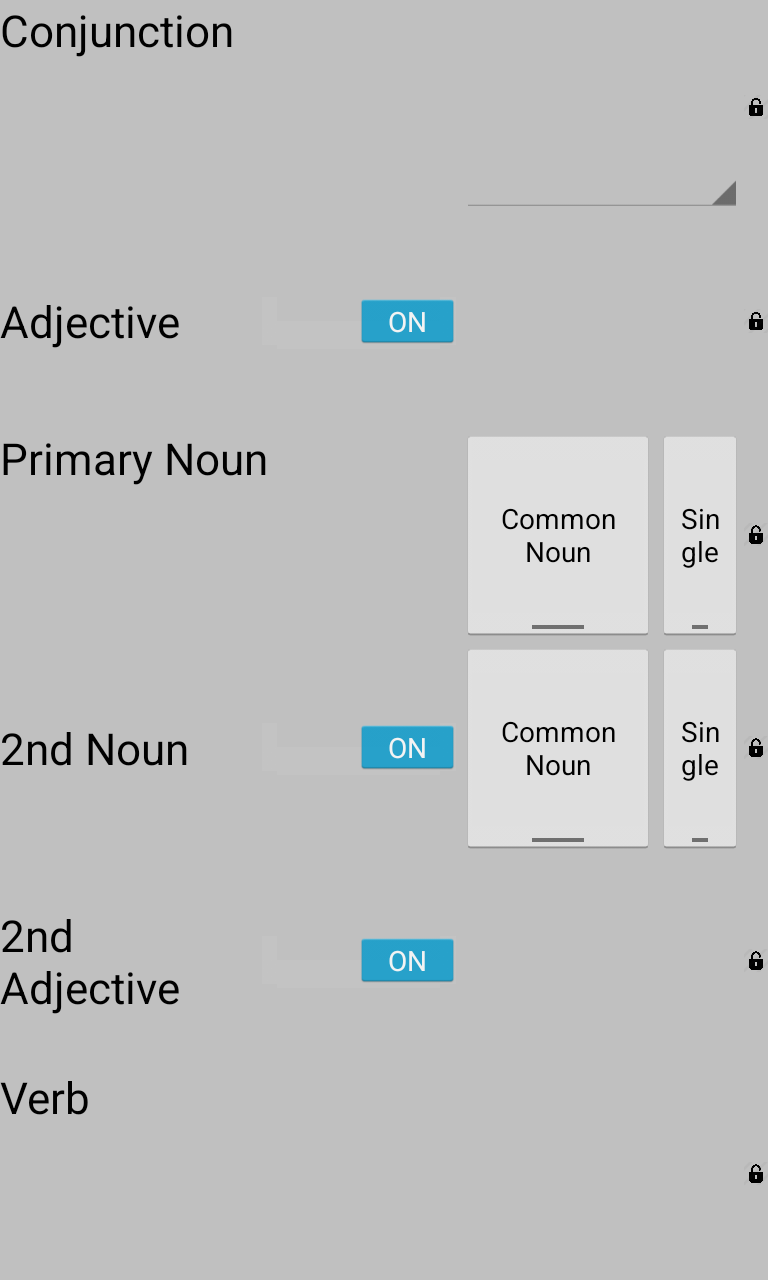
Repository: TheDizzler/TableTopTools
Layout: RPGTools/res/layout/fragment_cause_controls.xml
The author's editor kept a copy of each file at every save. The layout is drawn from the files as they stood at one save, then again after the next save.
It is drawn on a 768 x 1280 px phone screen (xhdpi) without system bars, with theme AppTheme; the app's code is not run.

Above is the layout before, as saved 2017-03-26 19:32:15.

### RPGTools/res/layout/fragment_cause_controls.xml
<?xml version="1.0" encoding="utf-8"?>
<TableLayout xmlns:android="http://schemas.android.com/apk/res/android"
    android:layout_width="match_parent"
    android:layout_height="match_parent"
    android:background="#C0C0C0"
    android:measureWithLargestChild="true"
    android:orientation="vertical"
    android:weightSum="6" >

    <TableRow
        android:id="@+id/tableRow1_conjunction"
        android:layout_width="match_parent"
        android:layout_height="wrap_content"
        android:layout_weight="1"

        android:weightSum="4" >

        <TextView
            android:id="@+id/textView1"
            android:layout_width="wrap_content"
            android:layout_height="match_parent"
            android:layout_span="1"
            android:layout_weight="1"
             android:textSelectHandleLeft="#FFFFFF00"
            android:text="Conjunction"

            android:textAppearance="?android:attr/textAppearanceLarge" />

        <Spinner
            android:id="@+id/spinner_Conjunctions"
            android:layout_width="wrap_content"
            android:layout_height="match_parent"
            android:layout_span="2"
            android:layout_weight="1" />

        <ImageView
            android:id="@+id/lockBtn_conj"
            android:layout_width="32dp"
            android:layout_height="match_parent"
            android:layout_span="1"
            android:layout_weight="1"
            android:src="@drawable/unlocked" />
    </TableRow>

    <TableRow
        android:id="@+id/tableRow2_primaryAdj"
        android:layout_width="match_parent"
        android:layout_height="wrap_content"
        android:layout_weight="1"
        android:weightSum="4" >

        <Switch
            android:id="@+id/switch_primaryAdjective"
            android:layout_width="wrap_content"
            android:layout_height="match_parent"
            android:layout_span="1"
            android:layout_weight="1"
            android:checked="true"
            android:text="Adjective"
            android:textAppearance="?android:attr/textAppearanceLarge" />

        <Spinner
            android:id="@+id/spacer1"
            android:layout_width="wrap_content"
            android:layout_height="match_parent"
            android:layout_span="2"
            android:layout_weight="1"
            android:visibility="invisible" />

        <ImageView
            android:id="@+id/lockBtn_primaryAdj"
            android:layout_width="32dp"
            android:layout_height="match_parent"
            android:layout_span="1"
            android:layout_weight="1"
            android:src="@drawable/unlocked" />
    </TableRow>

    <TableRow
        android:id="@+id/tableRow3_primaryNoun"
        android:layout_width="match_parent"
        android:layout_height="wrap_content"
        android:layout_weight="1"
        android:weightSum="4" >

        <TextView
            android:id="@+id/textView3"
            android:layout_width="wrap_content"
            android:layout_height="match_parent"
            android:layout_span="1"
            android:layout_weight="1"
            android:text="Primary Noun"
            android:textAppearance="?android:attr/textAppearanceLarge" />

        <ToggleButton
            android:id="@+id/toggleBtn_primaryNounProper"
            android:layout_width="wrap_content"
            android:layout_height="match_parent"
            android:layout_span="1"
            android:layout_weight="1"
            android:textOff="Common Noun"
            android:textOn="Proper Noun" />

        <ToggleButton
            android:id="@+id/toggleBtn_primaryNounPlural"
            android:layout_width="wrap_content"
            android:layout_height="match_parent"
            android:layout_span="1"
            android:layout_weight="1"
            android:textOff="Single"
            android:textOn="Plural" />

        <ImageView
            android:id="@+id/lockBtn_primaryNoun"
            android:layout_width="32dp"
            android:layout_height="match_parent"
            android:layout_span="1"
            android:layout_weight="1"
            android:src="@drawable/unlocked" />
    </TableRow>

    <TableRow
        android:id="@+id/tableRow4_secondaryNoun"
        android:layout_width="match_parent"
        android:layout_height="wrap_content"
        android:layout_weight="1"
        android:weightSum="4" >

        <Switch
            android:id="@+id/switch_secondaryNoun"
            android:layout_width="wrap_content"
            android:layout_height="match_parent"
            android:layout_span="1"
            android:layout_weight="1"
            android:checked="true"
            android:text="2nd Noun"
            android:textAppearance="?android:attr/textAppearanceLarge" />

        <ToggleButton
            android:id="@+id/toggleBtn_secondaryNounProper"
            android:layout_width="wrap_content"
            android:layout_height="match_parent"
            android:layout_span="1"
            android:layout_weight="1"
            android:textOff="Common Noun"
            android:textOn="Proper Noun" />

        <ToggleButton
            android:id="@+id/toggleBtn_secondaryNounPlural"
            android:layout_width="wrap_content"
            android:layout_height="match_parent"
            android:layout_span="1"
            android:layout_weight="1"
            android:textOff="Single"
            android:textOn="Plural" />

        <ImageView
            android:id="@+id/lockBtn_secondaryNoun"
            android:layout_width="32dp"
            android:layout_height="match_parent"
            android:layout_span="1"
            android:layout_weight="1"
            android:src="@drawable/unlocked" />
    </TableRow>

    <TableRow
        android:id="@+id/tableRow5_secondaryAdj"
        android:layout_width="match_parent"
        android:layout_height="wrap_content"
        android:layout_weight="1"
        android:weightSum="4" >

        <Switch
            android:id="@+id/switch_secondaryAdjective"
            android:layout_width="wrap_content"
            android:layout_height="match_parent"
            android:layout_span="1"
            android:layout_weight="1"
            android:checked="true"
            android:text="2nd Adjective"
            android:textAppearance="?android:attr/textAppearanceLarge" />

        <Spinner
            android:id="@+id/spacer2"
            android:layout_width="wrap_content"
            android:layout_height="match_parent"
            android:layout_span="2"
            android:layout_weight="1"
            android:visibility="invisible" />

        <ImageView
            android:id="@+id/lockBtn_secondaryAdjective"
            android:layout_width="32dp"
            android:layout_height="match_parent"
            android:layout_span="1"
            android:layout_weight="1"
            android:src="@drawable/unlocked" />
    </TableRow>

    <TableRow
        android:id="@+id/tableRow6_causeVerb"
        android:layout_width="match_parent"
        android:layout_height="wrap_content"
        android:layout_weight="1"
        android:weightSum="4" >

        <TextView
            android:id="@+id/textView_causeVerb"
            android:layout_width="wrap_content"
            android:layout_height="match_parent"
            android:layout_span="1"
            android:layout_weight="1"
            android:text="Verb"
            android:textAppearance="?android:attr/textAppearanceLarge" />

        <Spinner
            android:id="@+id/spacer3"
            android:layout_width="wrap_content"
            android:layout_height="match_parent"
            android:layout_span="2"
            android:layout_weight="1"
            android:visibility="invisible" />

        <ImageView
            android:id="@+id/lockBtn_causeVerb"
            android:layout_width="32dp"
            android:layout_height="match_parent"
            android:layout_span="1"
            android:layout_weight="1"
            android:src="@drawable/unlocked" />
    </TableRow>

</TableLayout>

Loaded but not shown: RPGTools/res/values/styles.xml (common file); RPGTools/res/values-v11/styles.xml (common file); RPGTools/res/values-v14/styles.xml (common file)

After the next save:
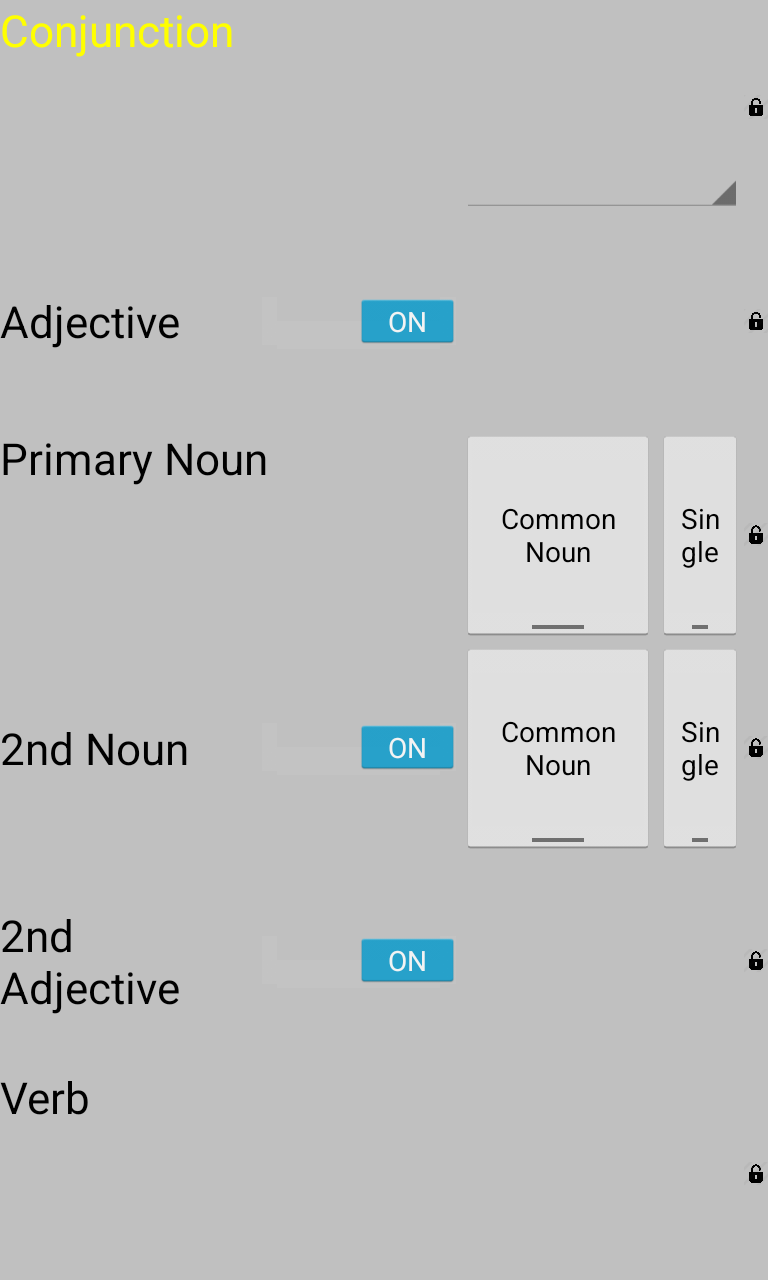
Saved 22 s later.
--- a/RPGTools/res/layout/fragment_cause_controls.xml
+++ b/RPGTools/res/layout/fragment_cause_controls.xml
@@ -12,7 +12,6 @@
         android:layout_width="match_parent"
         android:layout_height="wrap_content"
         android:layout_weight="1"
-
         android:weightSum="4" >
 
         <TextView
@@ -21,10 +20,9 @@
             android:layout_height="match_parent"
             android:layout_span="1"
             android:layout_weight="1"
-             android:textSelectHandleLeft="#FFFFFF00"
             android:text="Conjunction"
-
-            android:textAppearance="?android:attr/textAppearanceLarge" />
+            android:textAppearance="?android:attr/textAppearanceLarge"
+            android:textColor="#FFFFFF00" />
 
         <Spinner
             android:id="@+id/spinner_Conjunctions"
